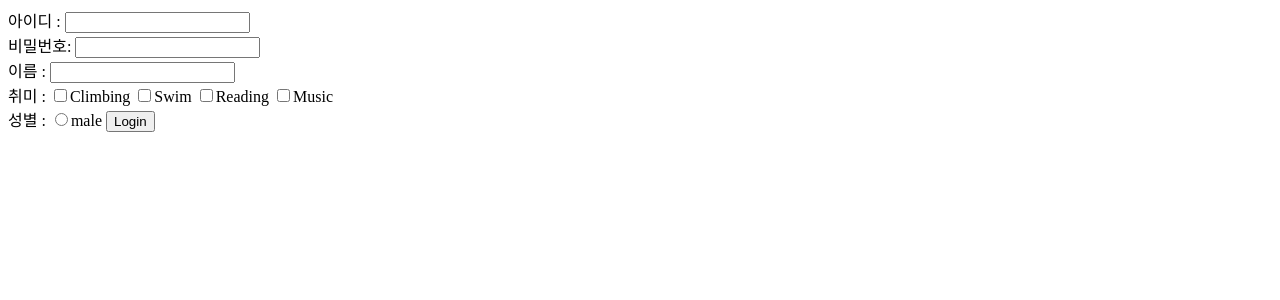
Repository: alsals126/servlet_study_2021
Page: http://localhost/ServletPrj/login_form.jsp
These files come from the project's save history. The page is drawn as it stood at one moment and after the next save; the edit follows.
The browser window is 1280 px wide. The pictures show the whole page.
The page is served by Tomcat 9. Other server files are loaded and not shown.

Above is the page before, as saved 2021-05-11 00:51:54.

### ServletPrj/WebContent/login_form.jsp
<%@ page language="java" contentType="text/html; charset=EUC-KR"
    pageEncoding="EUC-KR"%>
<!DOCTYPE html>
<html>
<head>
<meta charset="EUC-KR">
<title>Insert title here</title>
</head>
<body>
	<form method="post" action="login">
		아이디 : <input type="text" name="id"/><br>
		비밀번호: <input type="password" name="pw"/><br>
		이름 : <input type="text" name="name"/><br>
		취미 : <input type="checkbox" name="hobby" value="climbing">Climbing
		      <input type="checkbox" name="hobby" value="swim">Swim
		      <input type="checkbox" name="hobby" value="reading">Reading
		      <input type="checkbox" name="hobby" value="music">Music
		      <br>
		성별 : <input type="radio" name="gender">male
		<button type="submit">Login</button>
	</form>
</body>
</html>

After the next save:
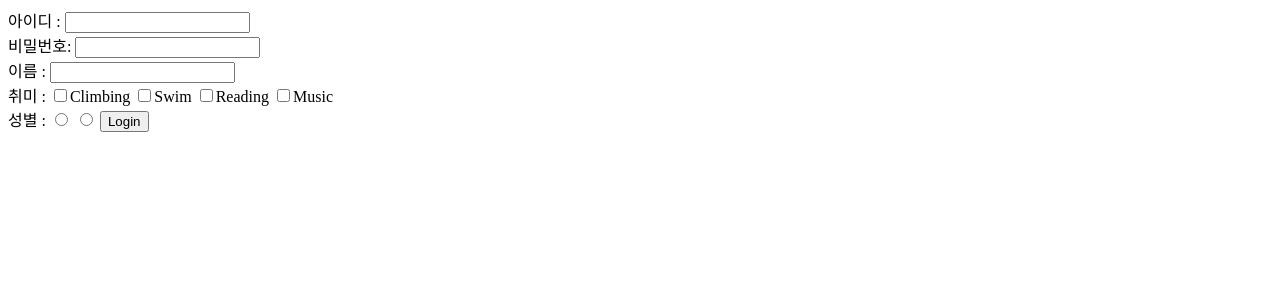
Saved 48 s later.
--- a/ServletPrj/WebContent/login_form.jsp
+++ b/ServletPrj/WebContent/login_form.jsp
@@ -16,7 +16,8 @@
 		      <input type="checkbox" name="hobby" value="reading">Reading
 		      <input type="checkbox" name="hobby" value="music">Music
 		      <br>
-		성별 : <input type="radio" name="gender">male
+		성별 : <input type="radio" name="gender" value="male">
+		      <input type="radio" name="gender" value="female">
 		<button type="submit">Login</button>
 	</form>
 </body>
